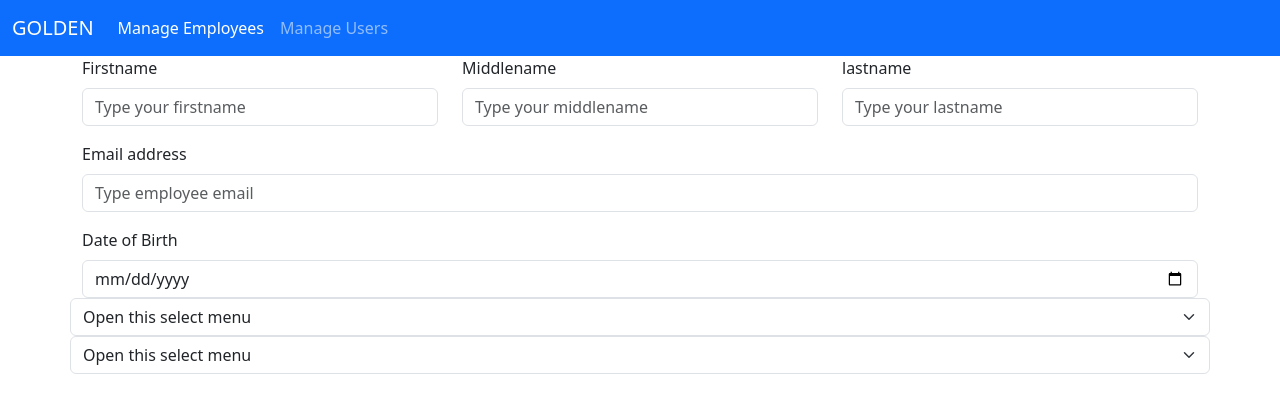
Repository: owuraku/DBC28.1
Page: resources/views/employees/form.blade.php
An editor plug-in stored every save of this project. The page is shown before and after the next save, followed by the edit.
The browser window is 1280 px wide. The pictures show the whole page.
The page is served by the project's Laravel application, run on PHP 8.4 with Laravel 10. Other server files are loaded and not shown. The template is opened directly, without the code that normally fills it, so the values that code supplies are empty.

Above is the page before, as saved 2023-05-23 11:52:36.

### routes/web.php
<?php

use App\Http\Controllers\EmployeeController;
use App\Http\Controllers\FirstController;
use Illuminate\Support\Facades\Route;

/*
|--------------------------------------------------------------------------
| Web Routes
|--------------------------------------------------------------------------
|
| Here is where you can register web routes for your application. These
| routes are loaded by the RouteServiceProvider and all of them will
| be assigned to the "web" middleware group. Make something great!
|
*/

Route::get('/', function () {
    return view('welcome');
});

// Route::get('/employees', function(){
//     return "Get all employees";
// })->name('employees.index');


// Route::get('/employees/{id}', function($id){
//     return "Get employee with id of $id";
// })->whereNumber('id')->name('employees.show');

Route::get('/employees', [FirstController::class, 'myFirstControllerFunction']);



//Route prefix
// Route::prefix('/employees')
// ->name('employees.')
// ->controller(FirstController::class)
// ->group(function(){
    // Route::get('', 'myFirstControllerFunction' )->name('index');

//     Route::post('', function(){
//         return "Save employee details";
//     })->name('store');

//     Route::get('/create', function(){
//         return "Get employee create form";
//     })->name('create');

//     Route::get('/{id}', 'mySecondControllerFunction')->name('show');

//      Route::get('/edit/{id}', function($id){
//         return "Get edit form for employee with id of $id";
//     })->name('edit');

//     Route::patch('/{id}', function($id){
//         return "Edit employee id of $id";
//     })->name('update');

//      Route::delete('/{id}', function($id){
//         return "Delete employee id of $id";
//     })->name('destroy');
// });


Route::resource('/employees', EmployeeController::class);
// Route::get('/employees', [EmployeeController::class, 'index']);

### resources/views/employees/form.blade.php
@extends('layout.master')

@section('title', 'Add New Employee')

@section('content')
    <div class="row mb-3">
        {{-- firstname --}}
        <div class="col">
            <label for="firstname" class="form-label">Firstname</label>
            <input type="text" class="form-control" name="firstname" placeholder="Type your firstname">
        </div>
        {{-- middlename --}}
        <div class="col">
            <label for="middlename" class="form-label">Middlename</label>
            <input type="text" class="form-control" name="middlename" placeholder="Type your middlename">
        </div>
        {{-- lastname --}}
        <div class="col">
            <label for="lastname" class="form-label">lastname</label>
            <input type="text" class="form-control" name="lastname" placeholder="Type your lastname">
        </div>
    </div>
    {{-- email --}}
    <div class="mb-3">
        <label for="email" class="form-label">Email address</label>
        <input type="email" class="form-control" id="email" name="email" placeholder="Type employee email">
    </div>
    <div class="row mt-3">
        {{-- dob --}}
        <div class="col">
            <label for="dob" class="form-label">Date of Birth</label>
            <input type="date" class="form-control" name="dob" placeholder="Date of Birth">
        </div>
        {{-- position --}}
        <select class="form-select" aria-label="Default select example">
            <option selected>Open this select menu</option>
            <option value="1">One</option>
            <option value="2">Two</option>
            <option value="3">Three</option>
        </select>
        {{-- marital status --}}
        <select class="form-select" aria-label="Default select example">
            <option selected>Open this select menu</option>
            <option value="1">One</option>
            <option value="2">Two</option>
            <option value="3">Three</option>
        </select>
    </div>
    {{-- gender --}}
    {{-- image --}}
@endsection

### resources/views/layout/master.blade.php
<!DOCTYPE html>
<html lang="en">

<head>
    <meta charset="UTF-8">
    <meta name="viewport" content="width=device-width, initial-scale=1.0">
    <meta http-equiv="X-UA-Compatible" content="ie=edge">
    <link href="https://cdn.jsdelivr.net/npm/bootstrap@5.3.0-alpha3/dist/css/bootstrap.min.css" rel="stylesheet"
        integrity="sha384-KK94CHFLLe+nY2dmCWGMq91rCGa5gtU4mk92HdvYe+M/SXH301p5ILy+dN9+nJOZ" crossorigin="anonymous">
    <title>
        @yield('title')
    </title>
</head>

<body>
    <main>
        @include('layout.navbar')
        <div class="container">
            @yield('content')
        </div>
    </main>

    <script src="https://cdn.jsdelivr.net/npm/bootstrap@5.3.0-alpha3/dist/js/bootstrap.bundle.min.js"
        integrity="sha384-ENjdO4Dr2bkBIFxQpeoTz1HIcje39Wm4jDKdf19U8gI4ddQ3GYNS7NTKfAdVQSZe" crossorigin="anonymous">
    </script>
</body>

</html>

### resources/views/layout/navbar.blade.php
<nav class="navbar navbar-expand-lg bg-primary" data-bs-theme="dark">
    <div class="container-fluid">
        <a class="navbar-brand" href="#">GOLDEN</a>
        <button class="navbar-toggler" type="button" data-bs-toggle="collapse" data-bs-target="#navbarSupportedContent"
            aria-controls="navbarSupportedContent" aria-expanded="false" aria-label="Toggle navigation">
            <span class="navbar-toggler-icon"></span>
        </button>
        <div class="collapse navbar-collapse" id="navbarSupportedContent">
            <ul class="navbar-nav me-auto mb-2 mb-lg-0">
                <li class="nav-item">
                    <a class="nav-link active" aria-current="page" href="{{ route('employees.index') }}">Manage
                        Employees</a>
                </li>
                <li class="nav-item">
                    <a class="nav-link" aria-current="page" href="#">Manage
                        Users</a>
                </li>
            </ul>
            {{-- <form class="d-flex" role="search">
        <input class="form-control me-2" type="search" placeholder="Search" aria-label="Search">
        <button class="btn btn-outline-success" type="submit">Search</button>
      </form> --}}
        </div>
    </div>
</nav>

After the next save:
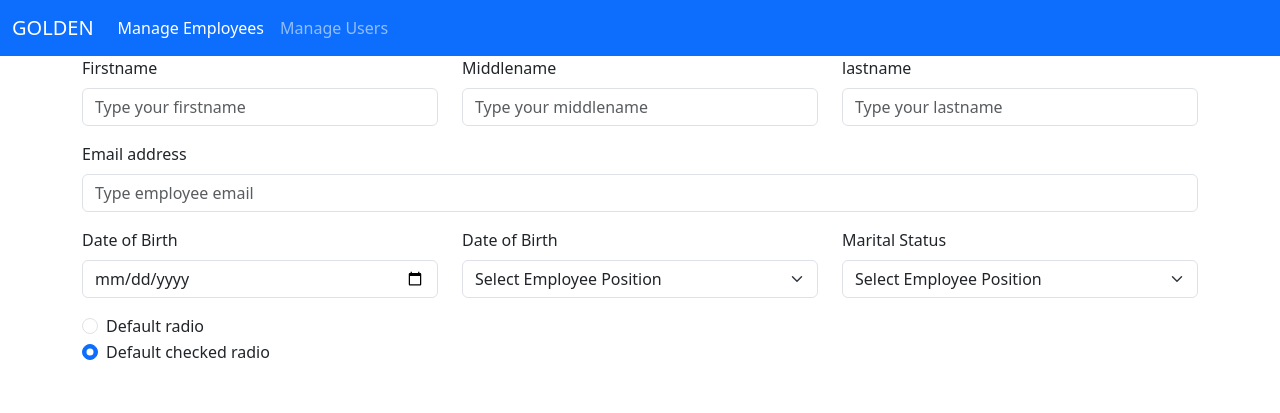
Saved 4 min 34 s later.
--- a/resources/views/employees/form.blade.php
+++ b/resources/views/employees/form.blade.php
@@ -32,20 +32,42 @@
             <input type="date" class="form-control" name="dob" placeholder="Date of Birth">
         </div>
         {{-- position --}}
-        <select class="form-select" aria-label="Default select example">
-            <option selected>Open this select menu</option>
-            <option value="1">One</option>
-            <option value="2">Two</option>
-            <option value="3">Three</option>
-        </select>
+        <div class="col">
+            <label for="dob" class="form-label">Date of Birth</label>
+            <select class="form-select" name="position" aria-label="Default select example">
+                <option selected>Select Employee Position</option>
+                <option value="CEO">CEO</option>
+                <option value="CTO">CTO</option>
+                <option value="Manager">Manager</option>
+                <option value="Other">Other</option>
+            </select>
+        </div>
         {{-- marital status --}}
-        <select class="form-select" aria-label="Default select example">
-            <option selected>Open this select menu</option>
-            <option value="1">One</option>
-            <option value="2">Two</option>
-            <option value="3">Three</option>
-        </select>
+        <div class="col">
+            <label for="dob" class="form-label">Marital Status</label>
+            <select class="form-select" name="position" aria-label="Default select example">
+                <option selected>Select Employee Position</option>
+                <option value="married">Married</option>
+                <option value="single">Single</option>
+                <option value="divorced">Divorced</option>
+                <option value="seperated">Seperated</option>
+            </select>
+        </div>
     </div>
     {{-- gender --}}
+    <div class="mt-3">
+        <div class="form-check">
+            <input class="form-check-input" type="radio" name="flexRadioDefault" id="flexRadioDefault1">
+            <label class="form-check-label" for="flexRadioDefault1">
+                Default radio
+            </label>
+        </div>
+        <div class="form-check">
+            <input class="form-check-input" type="radio" name="flexRadioDefault" id="flexRadioDefault2" checked>
+            <label class="form-check-label" for="flexRadioDefault2">
+                Default checked radio
+            </label>
+        </div>
+    </div>
     {{-- image --}}
 @endsection
